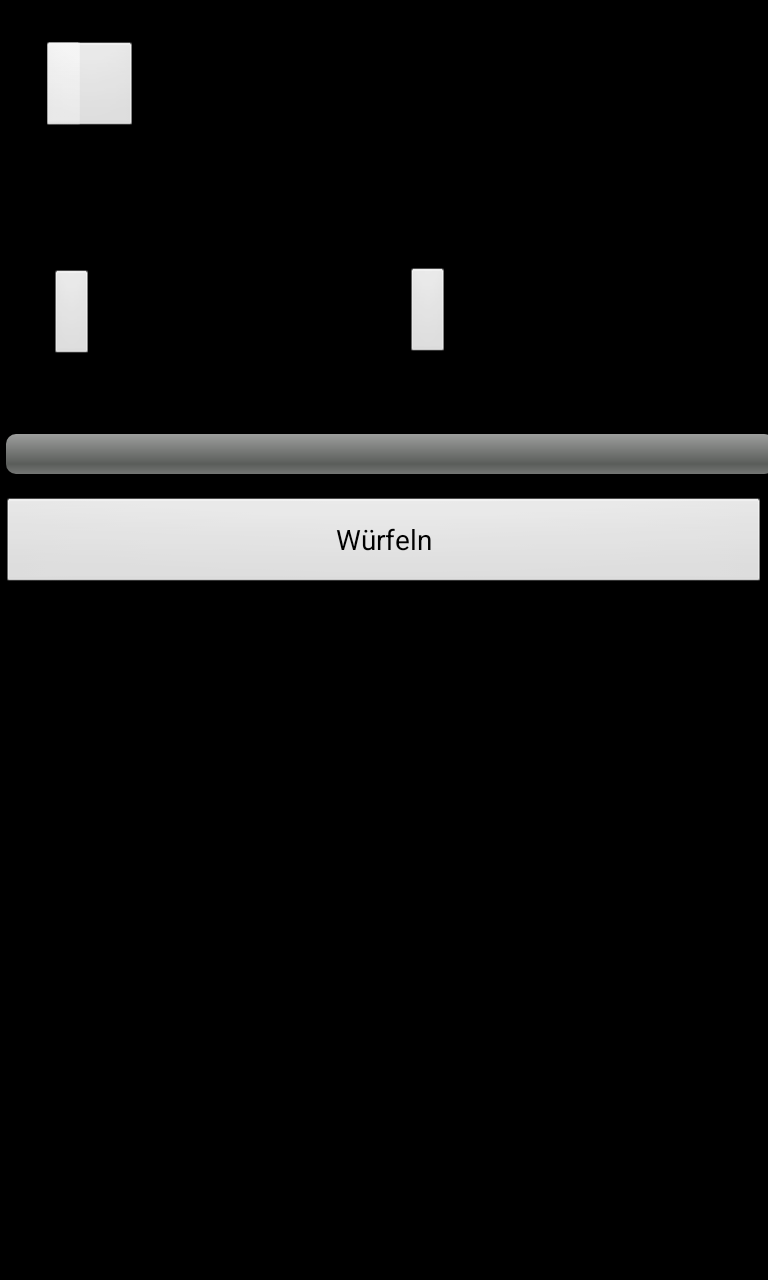
Repository: Lemkerene/App
Layout: kniffel/res/layout/wurfel.xml
An editor plug-in stored every save of this project. The layout is shown before and after the next save, followed by the edit.
It is drawn on a 768 x 1280 px phone screen (xhdpi) without system bars, with theme android:Theme; the app's code is not run.

Above is the layout before, as saved 2012-08-05 11:19:43.

After the next save:
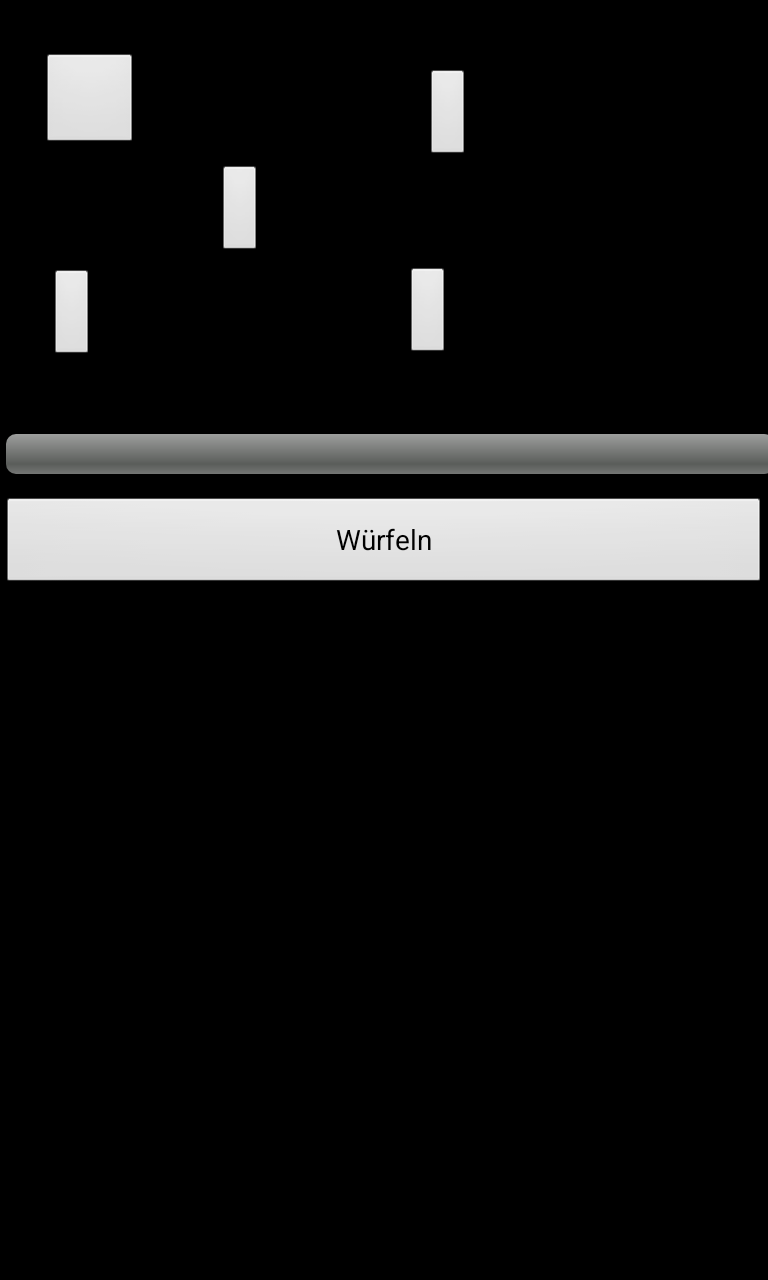
Saved 27 s later.
--- a/kniffel/res/layout/wurfel.xml
+++ b/kniffel/res/layout/wurfel.xml
@@ -37,8 +37,8 @@
         android:id="@+id/wu3"
         android:layout_width="wrap_content"
         android:layout_height="wrap_content"
-		android:layout_x="20dp"
-        android:layout_y="20dp"
+        android:layout_x="108dp"
+        android:layout_y="82dp"
         android:onClick="OnClickSperr"/>
 
 
@@ -46,18 +46,18 @@
         android:id="@+id/wu2"
         android:layout_width="wrap_content"
         android:layout_height="wrap_content"
-		android:layout_x="20dp"
-        android:layout_y="20dp"
+        android:layout_x="212dp"
+        android:layout_y="34dp"
         android:onClick="OnClickSperr"/>
 
 
     <Button
         android:id="@+id/wu1"
         android:layout_width="50dp"
-        android:layout_height="wrap_content"
+        android:layout_height="50dp"
         android:onClick="OnClickSperr"
         android:layout_x="20dp"
-        android:layout_y="20dp" />
+        android:layout_y="26dp" />
 
 
     <Button
